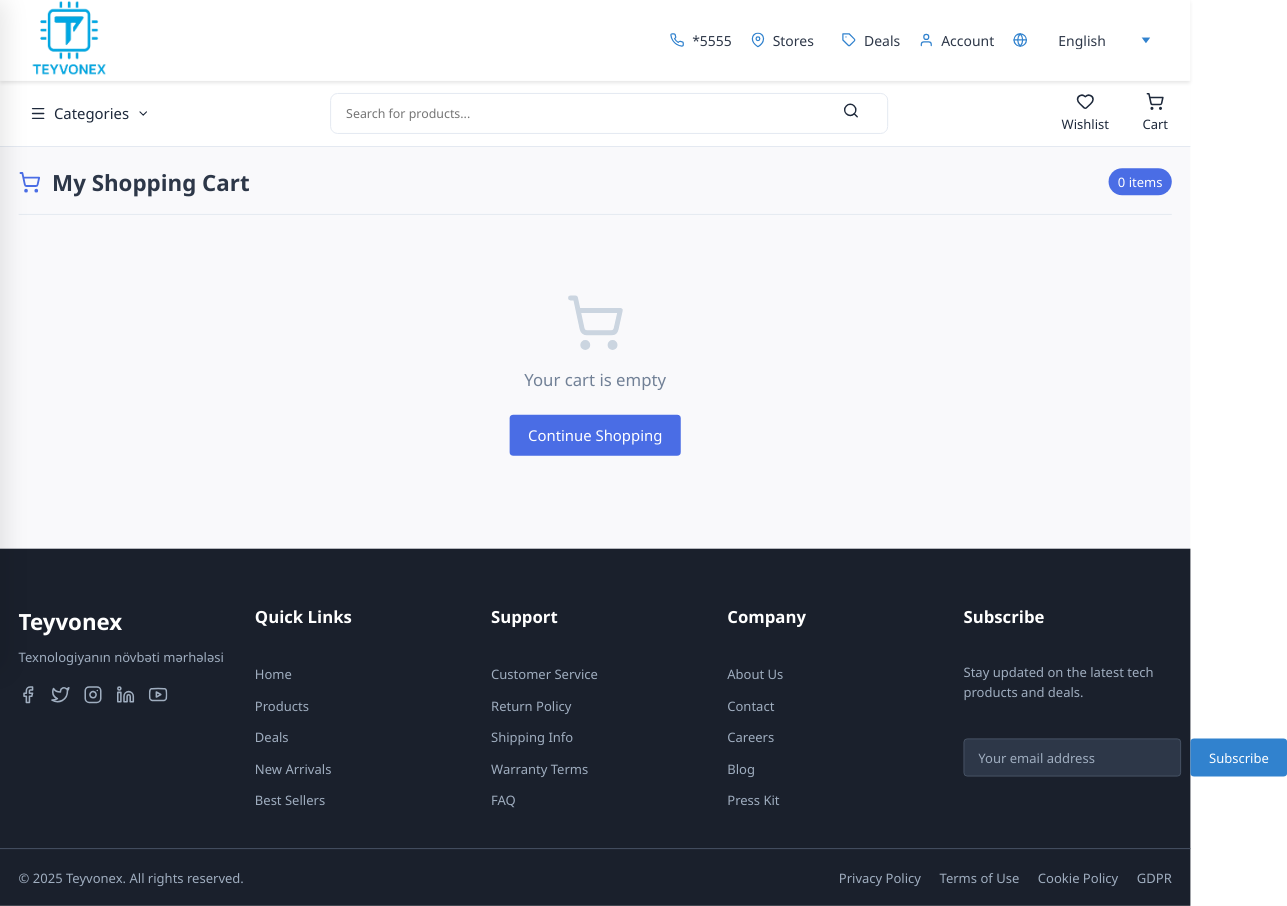
Repository: ferhadsultan98/e-commerce
Page: /shoppingcard
These files come from the project's save history. The page is drawn as it stood at one moment and after the next save; the edit follows.
The browser window is 1280 px wide. The page is 1384 px wide, so the pictures cover 1384 px, including what lies to the right of the window. The pictures show the whole page, at 93% of full size.
The project was rebuilt for these pictures with package versions that can differ from the ones it lists, and the page was loaded fresh each time. Also part of the build but not shown: vite.config.js, src/admin/Components/AdminLogin/AdminLogin.scss, src/admin/Components/AdminLogin/AdminLogin.jsx, src/client/Pages/Products/ProductCard.jsx, src/client/Pages/Products/Products.jsx, src/client/Styles/TechSlider.scss, src/client/Pages/TechSlider/TechSlider.jsx, src/client/Styles/ProductFeatures.scss and 35 more.

Above is the page before, as saved 2025-04-26 20:16:54.

### index.html
<!doctype html>
<html lang="en">
  <head>
    <meta charset="UTF-8" />
<link rel="shortcut icon" href="/src/client/Assets/bluelogo.png" type="image/x-icon">
    <meta name="viewport" content="width=device-width, initial-scale=1.0" />
    <title>Teyvonex</title>
  </head>
  <body>
    <div id="root"></div>
    <script type="module" src="/src/main.jsx"></script>
  </body>
</html>

### src/App.jsx
import React, { useState, useEffect } from "react";
import "./App.scss";
import Router from "./Router";
import ChatWidget from "./client/Components/Chat/ChatWidget";
import ScrollButton from "./client/Components/ScrollButton/ScrollButton";
import { ToastContainer } from "react-toastify";
import 'react-toastify/dist/ReactToastify.css';

function App() {
  const [isAuthenticated, setIsAuthenticated] = useState(
    sessionStorage.getItem("isAuthenticated") === "true"
  );
  const [isAdmin, setIsAdmin] = useState(
    sessionStorage.getItem("isAdmin") === "true"
  );

  useEffect(() => {
    sessionStorage.setItem("isAuthenticated", isAuthenticated.toString());
    sessionStorage.setItem("isAdmin", isAdmin.toString());
  }, [isAuthenticated, isAdmin]);

  const handleLogin = (admin = false) => {
    setIsAuthenticated(true);
    if (admin) {
      setIsAdmin(true);
    }
  };

  const handleLogout = () => {
    setIsAuthenticated(false);
    setIsAdmin(false);
    sessionStorage.removeItem("isAuthenticated");
    sessionStorage.removeItem("isAdmin");
  };

  return (
    <>
      <Router
        isAuthenticated={isAuthenticated}
        isAdmin={isAdmin}
        handleLogin={handleLogin}
        handleLogout={handleLogout}
      />

      <ScrollButton />
      <ToastContainer />
    </>
  );
}

export default App;

### src/App.scss
*{
  margin: 0;
  padding: 0;
  box-sizing: border-box;
  font-family: 'Segoe UI', Tahoma, Geneva, Verdana, sans-serif;
}
body{
  background-color: #f5f7fa;
}

### src/client/Components/ScrollButton/ScrollButton.jsx
import React, { useState, useEffect } from "react";
import "../../Styles/ScrollButton.scss";
import { FaChevronUp } from "react-icons/fa";

const ScrollButton = () => {
  const [isVisible, setIsVisible] = useState(false);

  // Butonun görünürlüğünü kontrol et
  useEffect(() => {
    const toggleVisibility = () => {
      if (window.pageYOffset > 300) {
        setIsVisible(true);
      } else {
        setIsVisible(false);
      }
    };

    window.addEventListener("scroll", toggleVisibility);
    return () => window.removeEventListener("scroll", toggleVisibility);
  }, []);

  const scrollToTop = () => {
    const scrollStep = (timestamp) => {
      const start = performance.now();
      const duration = 800; // Animasyon süresi (ms)
      const easeInOutQuad = (t) => (t < 0.5 ? 2 * t * t : -1 + (4 - 2 * t) * t);

      const step = () => {
        const progress = Math.min((performance.now() - start) / duration, 1);
        const easing = easeInOutQuad(progress);
        window.scrollTo(0, (1 - easing) * window.pageYOffset);

        if (progress < 1) {
          requestAnimationFrame(step);
        }
      };

      requestAnimationFrame(step);
    };

    requestAnimationFrame(scrollStep);
  };

  return (
    <>
      {isVisible && (
        <button className="scroll-to-top" onClick={scrollToTop}>
          <FaChevronUp />
        </button>
      )}
    </>
  );
};

export default ScrollButton;

### src/client/Components/Layout/Layout.jsx
// Layout.jsx
import React from 'react';
import TopHeader from '../Header/TopHeader';
import BottomHeader from '../Header/BottomHeader';
import Footer from '../Footer/Footer';

const Layout = ({ children, onLogout, wishlistItems, cartItems, onAddToWishlist, onAddToCart }) => {
  return (
    <>
      <TopHeader onLogout={onLogout} />
      <BottomHeader
        wishlistItems={wishlistItems}
        cartItems={cartItems}
        onAddToWishlist={onAddToWishlist}
        onAddToCart={onAddToCart}
      />
      {children}
      <Footer />
    </>
  );
};

export default Layout;

### src/client/Components/ScrollToTop/ScrollToTop.jsx
import { useEffect } from "react";
import { useLocation } from "react-router-dom";

function ScrollToTop() {
  const { pathname } = useLocation();

  useEffect(() => {
    window.scrollTo({
      top: "0",
      behavior: "smooth",
    });
  }, [pathname]);

  return null;
}

export default ScrollToTop;

### src/client/Components/Header/TopHeader.jsx
import React, { useState } from "react";
import { FiPhone, FiMapPin, FiTag, FiGlobe, FiUser, FiMenu, FiX } from "react-icons/fi";
import "../../Styles/TopHeader.scss"
import logo from "../../Assets/bluelogo.png";

const TopHeader = () => {
  const [language, setLanguage] = useState("en");
  const [isMobileMenuOpen, setIsMobileMenuOpen] = useState(false);

  const languages = {
    en: "English",
    az: "Azərbaycan",
    ru: "Русский",
  };

  const toggleMobileMenu = () => {
    setIsMobileMenuOpen(!isMobileMenuOpen);
  };

  return (
    <header className="header">
      <div className="headerContainer">
        {/* Logo */}
        <div className="headerLogo">
          <a href="/">
            <img src={logo} alt="TechTrend Logo" />
          </a>
        </div>

        {/* Desktop Navigation */}
        <nav className="headerNav">
          <div className="headerContact">
            <a href="tel:*5555" className="headerLink">
              <FiPhone size={16} />
              <span>*5555</span>
            </a>
            <a href="/stores" className="headerLink">
              <FiMapPin size={16} />
              <span>Stores</span>
            </a>
          </div>

          <div className="headerUtils">
            <a href="/deals" className="headerLink">
              <FiTag size={16} />
              <span>Deals</span>
            </a>
            <a href="/account" className="headerLink">
              <FiUser size={16} />
              <span>Account</span>
            </a>
            <div className="headerLanguage">
              <FiGlobe size={16} />
              <select
                value={language}
                onChange={(e) => setLanguage(e.target.value)}
              >
                {Object.entries(languages).map(([code, name]) => (
                  <option key={code} value={code}>
                    {name}
                  </option>
                ))}
              </select>
            </div>
          </div>
        </nav>

        {/* Mobile Menu Toggle */}
        <button className="headerMobileToggle" onClick={toggleMobileMenu}>
          {isMobileMenuOpen ? <FiX size={24} /> : <FiMenu size={24} />}
        </button>
      </div>

      {/* Mobile Navigation */}
      <nav className={`headerMobileNav ${isMobileMenuOpen ? "active" : ""}`}>
        <div className="headerMobileContact">
          <a href="tel:*5555" className="headerLink">
            <FiPhone size={16} />
            <span>*5555</span>
          </a>
          <a href="/stores" className="headerLink">
            <FiMapPin size={16} />
            <span>Stores</span>
          </a>
        </div>
        <div className="headerMobileUtils">
          <a href="/deals" className="headerLink">
            <FiTag size={16} />
            <span>Deals</span>
          </a>
          <a href="/account" className="headerLink">
            <FiUser size={16} />
            <span>Account</span>
          </a>
          <div className="headerLanguage">
            <FiGlobe size={16} />
            <select
              value={language}
              onChange={(e) => setLanguage(e.target.value)}
            >
              {Object.entries(languages).map(([code, name]) => (
                <option key={code} value={code}>
                  {name}
                </option>
              ))}
            </select>
          </div>
        </div>
      </nav>
    </header>
  );
};

export default TopHeader;

### src/client/Components/Footer/Footer.jsx
import React, { useState, useEffect } from "react";
import { FiFacebook, FiTwitter, FiInstagram, FiLinkedin, FiYoutube } from "react-icons/fi";
import "../../Styles/Footer.scss";

const Footer = () => {
  const [email, setEmail] = useState("");
  const [subscribeStatus, setSubscribeStatus] = useState(null);
  const [currentYear, setCurrentYear] = useState(new Date().getFullYear());

  const handleEmailChange = (e) => {
    setEmail(e.target.value);
  };

  const handleSubmit = (e) => {
    e.preventDefault();
    if (validateEmail(email)) {
      setSubscribeStatus("success");
      setEmail("");
      setTimeout(() => {
        setSubscribeStatus(null);
      }, 3000);
    } else {
      setSubscribeStatus("error");
    }
  };

  const validateEmail = (email) => {
    const re =
      /^(([^<>()[\]\\.,;:\s@"]+(\.[^<>()[\]\\.,;:\s@"]+)*)|(".+"))@((\[[0-9]{1,3}\.[0-9]{1,3}\.[0-9]{1,3}\.[0-9]{1,3}\])|(([a-zA-Z\-0-9]+\.)+[a-zA-Z]{2,}))$/;
    return re.test(String(email).toLowerCase());
  };

  useEffect(() => {
    setCurrentYear(new Date().getFullYear());
  }, []);

  return (
    <footer className="footerWrapper">
      <div className="footerTop">
        <div className="footerContainer">
          <div className="footerColumn">
            <div className="footerLogo">
              <h2>Teyvonex</h2>
              <p>Texnologiyanın növbəti mərhələsi</p>
            </div>
            <div className="footerSocial">
              <a href="#" className="socialIcon">
                <FiFacebook size={20} />
              </a>
              <a href="#" className="socialIcon">
                <FiTwitter size={20} />
              </a>
              <a href="#" className="socialIcon">
                <FiInstagram size={20} />
              </a>
              <a href="#" className="socialIcon">
                <FiLinkedin size={20} />
              </a>
              <a href="#" className="socialIcon">
                <FiYoutube size={20} />
              </a>
            </div>
          </div>

          <div className="footerColumn">
            <h3>Quick Links</h3>
            <ul className="footerLinks">
              <li>
                <a href="#">Home</a>
              </li>
              <li>
                <a href="#">Products</a>
              </li>
              <li>
                <a href="#">Deals</a>
              </li>
              <li>
                <a href="#">New Arrivals</a>
              </li>
              <li>
                <a href="#">Best Sellers</a>
              </li>
            </ul>
          </div>

          <div className="footerColumn">
            <h3>Support</h3>
            <ul className="footerLinks">
              <li>
                <a href="#">Customer Service</a>
              </li>
              <li>
                <a href="#">Return Policy</a>
              </li>
              <li>
                <a href="#">Shipping Info</a>
              </li>
              <li>
                <a href="#">Warranty Terms</a>
              </li>
              <li>
                <a href="#">FAQ</a>
              </li>
            </ul>
          </div>

          <div className="footerColumn">
            <h3>Company</h3>
            <ul className="footerLinks">
              <li>
                <a href="#">About Us</a>
              </li>
              <li>
                <a href="#">Contact</a>
              </li>
              <li>
                <a href="#">Careers</a>
              </li>
              <li>
                <a href="#">Blog</a>
              </li>
              <li>
                <a href="#">Press Kit</a>
              </li>
            </ul>
          </div>

          <div className="footerColumn subscribeColumn">
            <h3>Subscribe</h3>
            <p>Stay updated on the latest tech products and deals.</p>
            <div className="subscribeForm" onSubmit={handleSubmit}>
              <div className="inputGroup">
                <input
                  type="email"
                  placeholder="Your email address"
                  value={email}
                  onChange={handleEmailChange}
                  className={subscribeStatus === "error" ? "inputError" : ""}
                />
                <button type="submit" className="subscribeButton">
                  <span>Subscribe</span>
                </button>
              </div>
              {subscribeStatus === "success" && (
                <div className="statusMessage successMessage">
                  Thanks for subscribing!
                </div>
              )}
              {subscribeStatus === "error" && (
                <div className="statusMessage errorMessage">
                  Please enter a valid email address.
                </div>
              )}
            </div>
          </div>
        </div>
      </div>

      <div className="footerBottom">
        <div className="footerContainer">
          <div className="footerCopyright">
            <p>© {currentYear} Teyvonex. All rights reserved.</p>
          </div>
          <div className="footerLegal">
            <a href="#">Privacy Policy</a>
            <a href="#">Terms of Use</a>
            <a href="#">Cookie Policy</a>
            <a href="#">GDPR</a>
          </div>
        </div>
      </div>
    </footer>
  );
};

export default Footer;

### src/admin/Components/AdminLayout/AdminLayout.scss
// AdminLayout.scss
@import url("https://fonts.googleapis.com/css2?family=Poppins:wght@300;400;500;600;700&display=swap");
@import url("https://fonts.googleapis.com/icon?family=Material+Icons");

// Değişkenler
$primary-color: #3366ff;
$background-color: #f5f7fb;
$transition: all 0.3s ease;
$sidebar-width: 260px;
$sidebar-closed-width: 70px;

.admin-layout {
  display: flex;
  height: 100vh;
  position: relative;
}

.content-area {
  flex: 1;
  margin-left: $sidebar-width;
  transition: $transition;
  overflow-y: auto;
  padding: 20px;

  &.expanded {
    margin-left: $sidebar-closed-width;
  }
}

@media (max-width: 992px) {
  .content-area {
    margin-left: $sidebar-closed-width;

    &.expanded {
      margin-left: 0;
    }
  }
}

### src/client/Styles/TopHeader.scss
.header {
  width: 100%;
  top: 0;
  background-color: #ffffff;
  box-shadow: 0 2px 4px rgba(0, 0, 0, 0.1);
  position: relative;
}

.headerContainer {
  margin: 0 auto;
  display: flex;
  align-items: center;
  justify-content: space-between;
  padding: 0 35px;
}

.headerLogo {
  display: flex;
  align-items: center;
  width: 80px;

  a {
    display: block;
  }

  img {
    width: 100%;
    height: auto;
    padding: 0;
  }
}

.headerNav {
  display: flex;
  align-items: center;
  gap: 30px;

  @media screen and (max-width: 992px) {
    display: none;
  }
}

.headerContact,
.headerUtils,
.headerMobileContact,
.headerMobileUtils {
  display: flex;
  align-items: center;
  gap: 20px;
}

.headerLink {
  display: flex;
  align-items: center;
  gap: 8px;
  color: #2d3748;
  text-decoration: none;
  font-size: 15px;
  font-weight: 500;
  transition: color 0.3s ease;

  svg {
    color: #3182ce;
  }

  &:hover {
    color: #3182ce;
  }
}

.headerLanguage {
  display: flex;
  align-items: center;
  gap: 8px;
  position: relative;

  svg {
    color: #3182ce;
    z-index: 1;
  }

  select {
    appearance: none;
    background-color: transparent;
    border: none;
    padding: 5px 25px 5px 25px;
    font-size: 15px;
    font-weight: 500;
    color: #2d3748;
    cursor: pointer;
    outline: none;

    &:focus {
      color: #3182ce;
    }
  }

  &::after {
    content: "";
    width: 0.6em;
    height: 0.4em;
    background-color: #3182ce;
    clip-path: polygon(100% 0%, 0 0%, 50% 100%);
    position: absolute;
    right: 8px;
    pointer-events: none;
  }
}

.headerMobileToggle {
  display: none;
  background: none;
  border: none;
  cursor: pointer;
  color: #2d3748;

  @media screen and (max-width: 992px) {
    display: block;
  }
}

.headerMobileNav {
  display: flex;
  opacity: 0;
  transform: translateY(-20px);
  pointer-events: none;
  background-color: #ffffff;
  padding: 20px;
  flex-direction: column;
  gap: 20px;
  box-shadow: 0 4px 6px rgba(0, 0, 0, 0.1);
  transition: opacity 0.3s ease, transform 0.3s ease;
  position: absolute;
  top: 100%;
  left: 0;
  right: 0;
  z-index: 1000;

  &.active {
    opacity: 1;
    transform: translateY(0);
    pointer-events: auto;
  }

  @media screen and (min-width: 993px) {
    display: none;
  }
}

/* Responsive Styles */
@media screen and (max-width: 768px) {
  .headerContainer {
    padding: 10px 15px;
  }

  .headerLogo img {
    width: 50px;
  }

  .headerMobileNav {
    padding: 15px;
  }

  .headerLink {
    font-size: 14px;
  }
}

@media screen and (max-width: 576px) {
  .headerLogo img {
    width: 45px;
  }

  .headerMobileContact,
  .headerMobileUtils {
    flex-direction: column;
    align-items: flex-start;
    gap: 15px;
  }

  .headerLink {
    font-size: 13px;
  }

  .headerLanguage select {
    font-size: 13px;
  }
}

### src/client/Styles/Footer.scss
.footerWrapper {
    background-color: #1a202c;
    color: #e2e8f0;
    font-family: "Inter", sans-serif;
    padding-top: 60px;
  }

  .footerContainer {
    max-width: 1280px;
    margin: 0 auto;
    padding: 0 20px;
  }

  .footerTop {
    border-bottom: 1px solid #4a5568;
    padding-bottom: 40px;
  }

  .footerTop .footerContainer {
    display: grid;
    grid-template-columns: repeat(auto-fit, minmax(200px, 1fr));
    gap: 30px;
  }

  .footerColumn {
    display: flex;
    flex-direction: column;
    gap: 20px;
  }

  .footerLogo {
    h2 {
      font-size: 24px;
      font-weight: 700;
      color: #ffffff;
      margin-bottom: 10px;
    }

    p {
      font-size: 14px;
      color: #a0aec0;
    }
  }

  .footerSocial {
    display: flex;
    gap: 15px;

    .socialIcon {
      color: #a0aec0;
      transition: color 0.3s ease;

      &:hover {
        color: #3182ce;
      }
    }
  }

  .footerColumn h3 {
    font-size: 18px;
    font-weight: 600;
    color: #ffffff;
    margin-bottom: 15px;
  }

  .footerLinks {
    list-style: none;
    padding: 0;
    margin: 0;
    display: flex;
    flex-direction: column;
    gap: 10px;

    li {
      a {
        color: #a0aec0;
        text-decoration: none;
        font-size: 14px;
        transition: color 0.3s ease;

        &:hover {
          color: #3182ce;
        }
      }
    }
  }

  .subscribeColumn {
    max-width: 300px;

    p {
      font-size: 14px;
      color: #a0aec0;
      margin-bottom: 20px;
    }
  }

  .subscribeForm {
    display: flex;
    flex-direction: column;
    gap: 10px;
  }

  .inputGroup {
    display: flex;
    gap: 10px;
  }

  .subscribeForm input {
    flex: 1;
    padding: 10px 15px;
    border: 1px solid #4a5568;
    background-color: #2d3748;
    color: #e2e8f0;
    border-radius: 4px;
    font-size: 14px;
    outline: none;

    &::placeholder {
      color: #a0aec0;
    }

    &.inputError {
      border-color: #e53e3e;
    }
  }

  .subscribeButton {
    padding: 10px 20px;
    background-color: #3182ce;
    border: none;
    border-radius: 4px;
    color: #ffffff;
    font-size: 14px;
    font-weight: 500;
    cursor: pointer;
    transition: background-color 0.3s ease;

    &:hover {
      background-color: #2b6cb0;
    }
  }

  .statusMessage {
    font-size: 13px;
    padding: 8px;
    border-radius: 4px;
    text-align: center;

    &.successMessage {
      background-color: #2f855a;
      color: #ffffff;
    }

    &.errorMessage {
      background-color: #e53e3e;
      color: #ffffff;
    }
  }

  .footerBottom {
    padding: 20px 0;
    font-size: 14px;
  }

  .footerBottom .footerContainer {
    display: flex;
    justify-content: space-between;
    align-items: center;
    flex-wrap: wrap;
    gap: 20px;
  }

  .footerCopyright {
    color: #a0aec0;
  }

  .footerLegal {
    display: flex;
    gap: 20px;

    a {
      color: #a0aec0;
      text-decoration: none;
      transition: color 0.3s ease;

      &:hover {
        color: #3182ce;
      }
    }
  }

  /* Responsive Styles */
  @media screen and (max-width: 992px) {
    .footerTop .footerContainer {
      grid-template-columns: repeat(auto-fit, minmax(180px, 1fr));
    }

    .subscribeColumn {
      max-width: 100%;
    }
  }

  @media screen and (max-width: 768px) {
    .footerWrapper {
      padding-top: 40px;
    }

    .footerTop {
      padding-bottom: 30px;
    }

    .footerTop .footerContainer {
      gap: 20px;
    }

    .footerLogo h2 {
      font-size: 20px;
    }

    .footerColumn h3 {
      font-size: 16px;
    }

    .footerLinks li a {
      font-size: 13px;
    }

    .subscribeForm input,
    .subscribeButton {
      font-size: 13px;
    }
  }

  @media screen and (max-width: 576px) {
    .footerBottom .footerContainer {
      flex-direction: column;
      align-items: flex-start;
    }

    .footerLegal {
      flex-direction: column;
      gap: 10px;
    }

    .inputGroup {
      flex-direction: column;
    }

    .subscribeButton {
      width: 100%;
      text-align: center;
    }
  }

Loaded but not shown: src/main.jsx (common file); src/index.css (common file); src/client/Pages/Products/Products.json (1077 lines, source omitted); src/client/Styles/BottomHeader.scss (492 lines, source omitted); src/client/Components/Header/BottomHeader.jsx (274 lines, source omitted); src/Router.jsx (292 lines, source omitted); src/client/Styles/Products.scss (474 lines, source omitted); src/client/Pages/ShoppingCard/ShoppingCard.jsx (232 lines, source omitted); src/admin/Pages/AdminProducts/AdminProducts.scss (400 lines, source omitted); src/client/Styles/ShoppingCard.scss (374 lines, source omitted)

After the next save:
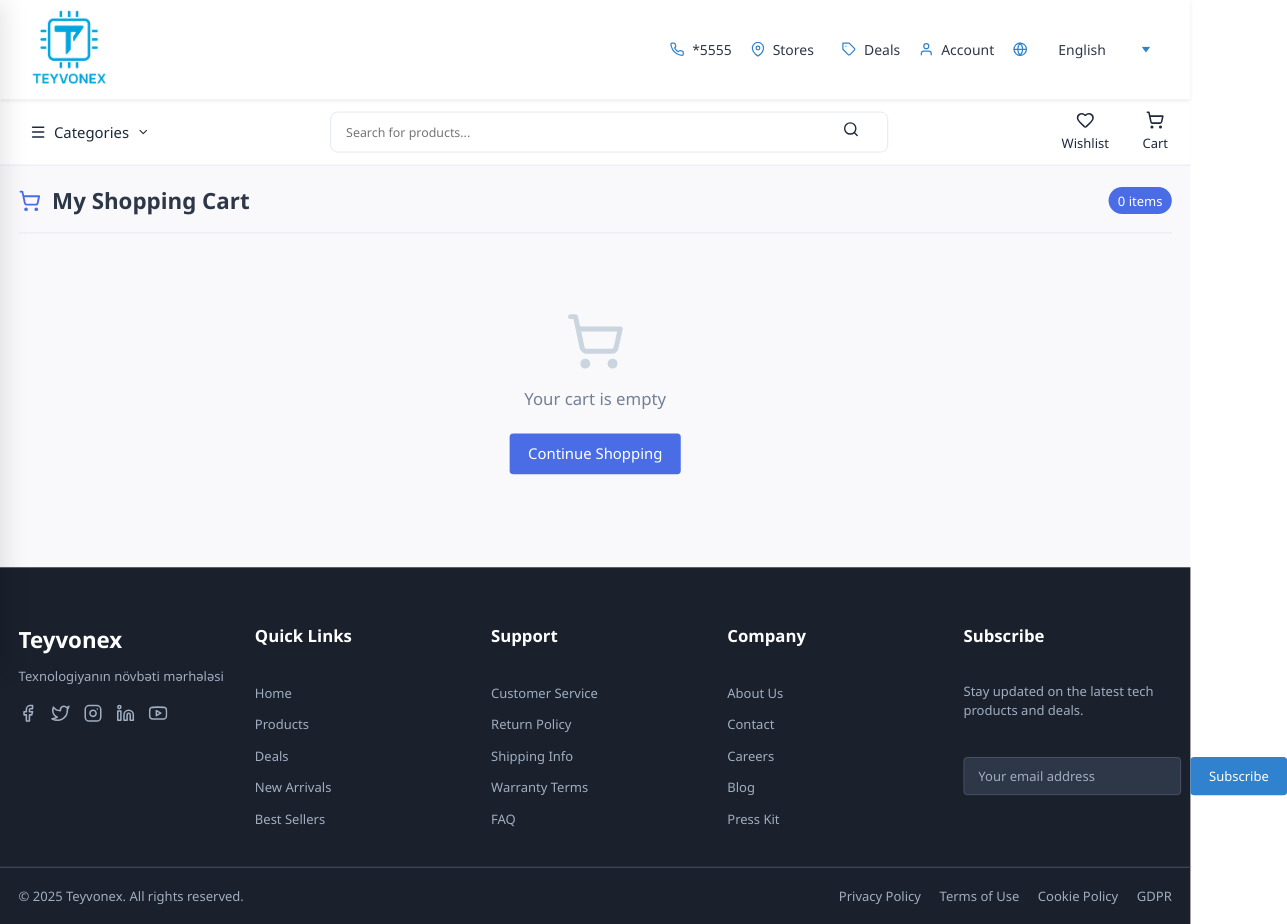
Saved 10 s later.
--- a/src/client/Styles/TopHeader.scss
+++ b/src/client/Styles/TopHeader.scss
@@ -11,7 +11,7 @@
   display: flex;
   align-items: center;
   justify-content: space-between;
-  padding: 0 35px;
+  padding: 10px 35px;
 }
 
 .headerLogo {
